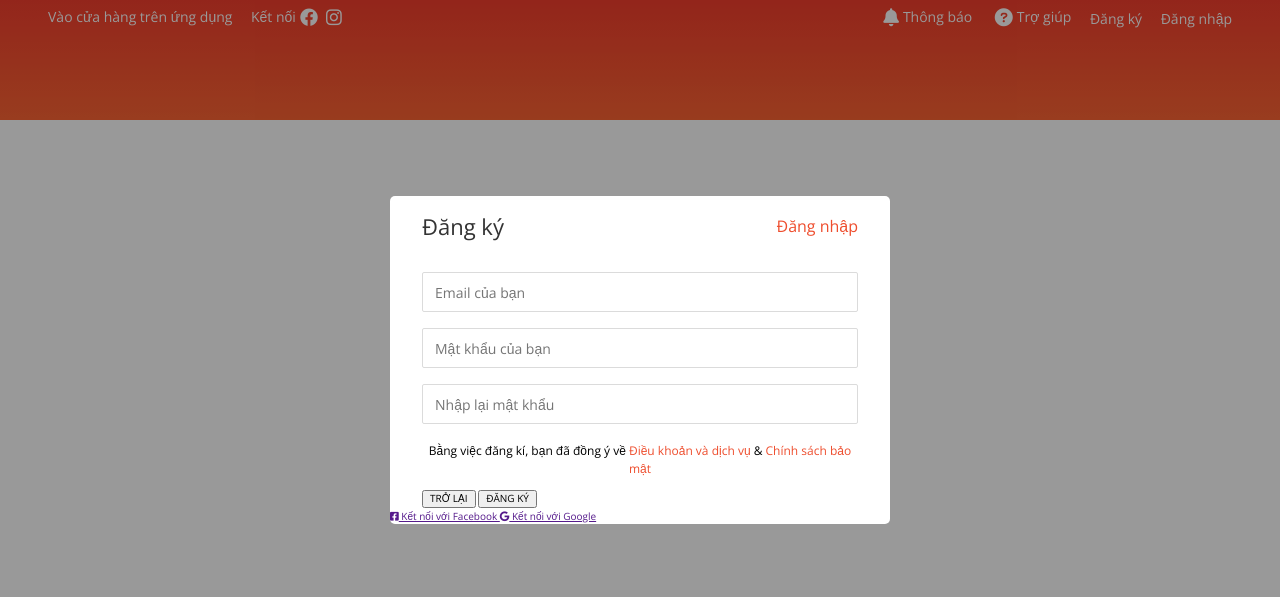
Repository: trongtamdev/Clone-Shopee-Page
Page: index.html
The author's editor kept a copy of each file at every save. The page is drawn from the files as they stood at one save, then again after the next save.
The browser window is 1280 px wide. The pictures show the whole page.

Above is the page before, as saved 2022-07-08 21:39:09.

### index.html
<!DOCTYPE html>
<html lang="en">

<head>
    <meta charset="UTF-8">
    <meta http-equiv="X-UA-Compatible" content="IE=edge">
    <meta name="viewport" content="width=device-width, initial-scale=1.0">
    <title>Document</title>
    <link rel="stylesheet" href="https://cdnjs.cloudflare.com/ajax/libs/normalize/8.0.1/normalize.min.css">
    <link rel="stylesheet" href="assets/css/base.css">
    <link rel="stylesheet" href="assets/css/main.css">
    <link rel="stylesheet" href="assets/fonts/fontawesome-free-6.1.1/css/all.min.css">
    <link href="https://fonts.googleapis.com/css2?family=Open+Sans:wght@300;400;500;700&display=swap" rel="stylesheet">
</head>
    <div class="app">
        <header class="header">
            <div class="grid">
                <nav class="header__navbar">
                    <ul class="header__navbar-list">
                        <li class="header__navbar-item header__navbar-item--has-qr">
                            Vào cửa hàng trên ứng dụng
                            <div class="header__qr">
                                <img src="assets/img/qr_code.png" alt="QR code" class="header__qr-img">
                                <div class="header__qr-apps">
                                    <a href="" class="header__qr-link">
                                        <img src="assets/img/google_play.png" alt="Google play" class="header__qr-download-img">
                                    </a>
                                    <a href="" class="header__qr-link">
                                        <img src="assets/img/app_store.png" alt="App store" class="header__qr-download-img">
                                    </a>
                                </div>
                            </div>
                        </li>
                        <li class="header__navbar-item">
                            <span class="header__navbar-title--no-pointer">Kết nối</span>
                            <a href="" class="header__navbar-icon-link">
                                <i class="header__navbar-icon fa-brands fa-facebook"></i>
                            </a>
                            <a href="" class="header__navbar-icon-link">
                                <i class="header__navbar-icon fa-brands fa-instagram"></i>
                            </a>
                        </li>
                    </ul>

                    <ul class="header__navbar-list">
                        <li class="header__navbar-item">
                            <a href="" class="header__navbar-item-link">
                                <i class="header__navbar-icon fa-solid fa-bell"></i>
                                Thông báo</a>
                        </li>

                        <li class="header__navbar-item">
                            <a href="" class="header__navbar-item-link">
                                <i class="header__navbar-icon fa-solid fa-circle-question"></i>
                                Trợ giúp</a>
                        </li>

                        <li class="header__navbar-item header__navbar-item--strong">Đăng ký</li>
                        <li class="header__navbar-item header__navbar-item--strong">Đăng nhập</li>
                    </ul>
                </nav>
            </div>

        </header>

        <div class="container">

        </div>

        <footer class="footer">

        </footer>
    </div>
    <div class="modal">
        <div class="modal__overlay">

        </div>
        <div class="modal__body">

            <!-- Auth form -->
            <div class="auth-form">
                <div class="auth-form__container">
                    <div class="auth-form__header">
                        <h3 class="auth-form__heading">Đăng ký</h3>
                        <span class="auth-form__switch-btn">Đăng nhập</span>
                    </div>

                    <div class="auth-form__form">
                        <div class="auth-form__group">
                            <input type="text" class="auth-form__input" placeholder="Email của bạn">
                        </div>

                        <div class="auth-form__group">
                            <input type="password" class="auth-form__input" placeholder="Mật khẩu của bạn">
                        </div>

                        <div class="auth-form__group">
                            <input type="password" class="auth-form__input" placeholder="Nhập lại mật khẩu">
                        </div>
                    </div>

                    <div class="auth-form__aside">
                        <p class="auth-form__policy-text">
                            Bằng việc đăng kí, bạn đã đồng ý về
                            <a href="" class="auth-form__text-link">Điều khoản và dịch vụ</a> &
                            <a href="" class="auth-form__text-link">Chính sách bảo mật</a>
                        </p>
                    </div>

                    <div class="auth-form__controls">
                        <button class="btn">TRỞ LẠI</button>
                        <button class="btn btn--primary">ĐĂNG KÝ</button>
                    </div>
                </div>

                <div class="auth-form__socials">
                    <a href="" class="btn btn--with-icon">
                        <i class="fa-brands fa-facebook-square"></i>
                        Kết nối với Facebook
                    </a>

                    <a href="" class="btn btn--with-icon">
                        <i class="fa-brands fa-google"></i>
                        Kết nối với Google
                    </a>
                </div>
            </div>
        </div>
    </div>
<body>

</body>

</html>

### assets/css/base.css
:root {
    --white-color :#fff;
    --back-color :#000;
    --text-color : #333;
    --primary-color: #EE4D2D;
    --border-color: #dbdbdb;
}

*{
    box-sizing: inherit;
}

html {
    font-size: 62.5%;
    line-height: 1.6rem;
    font-family: 'Open Sans', sans-serif;;
    box-sizing: border-box;
}

.grid {
    width: 1200px;
    max-width: 100%;
    margin: 0 auto;
}

.grid__full-width {
    width: 100%;
}

.grid__row {
    display: flex;
    flex-wrap: wrap
}

/* Animation */
@keyframes fadeIn {
    from {
        opacity: 0;
    }to {
        opacity: 1;
    }
}

/* Modal */

.modal {
    position: fixed;
    top: 0;
    right: 0;
    bottom: 0;
    left: 0;
    display: flex;
}

.modal__overlay {
    position: absolute;
    width: 100%;
    height: 100%;
    background-color: rgba(0, 0, 0, 0.4);
}

.modal__body {

    background-color: var(--white-color);
    margin: auto;
    position: relative;
    z-index: 1;
    border-radius: 5px;
}

### assets/css/main.css
.header {
    height: 120px;
    background-image: linear-gradient(0, #fe6433, #f53e2d);
}

.header__navbar {
    display: flex;
    justify-content: space-between;
}

.header__navbar-list {
    list-style: none;
    padding: 0;
    margin-top: 4px;
}

.header__navbar-item {
    margin: 0 8px;
    position: relative;
    min-height: 26px;
}

.header__navbar-item--has-qr:hover .header__qr {
    display: block;
}

.header__navbar-item,
.header__navbar-item-link{
    display: inline-block;
    font-size: 1.4rem;
    color :var(--white-color);
    text-decoration: none;
    font-weight: 300;
}

.header__navbar-item,
.header__navbar-item-link,
.header__navbar-icon-link {
    display: inline-flex;
    align-items: center;
}

.header__navbar-item:hover,
.header__navbar-item-link:hover,
.header__navbar-icon-link:hover{
    cursor: pointer;
    color: rgba(255, 255, 255, 0.7);
}

.header__navbar-item--strong {
    font-weight: 400;
}


.header__navbar-icon-link {
    color: var(--white-color);
    text-decoration: none;
}

.header__navbar-icon {
    font-size: 1.8rem;
    margin: 0 4px;
}

.header__navbar-title--no-pointer {
    color: var(--white-color);
    cursor: text;
}

/* Header QR code */

.header__qr {
    width: 186px;
    background-color: var(--white-color);
    position: absolute;
    left: 0;
    top: 118%;
    padding: 8px;
    border-radius: 2px;
    display: none;
    animation: fadeIn ease-in 0.5s;
}

.header__qr::before {
    position: absolute;
    left: 0;
    top: -16px;
    width: 100%;
    height: 20px;
    content: "";
    display: block;
}

.header__qr-img {
    width: 100%;
}

.header__qr-apps {
    display: flex;
}

.header__qr-link:nth-child(1) {
    margin-left: 11px;
}

.header__qr-link:nth-child(2) {
    margin-right: 11px;
}

.header__qr-download-img {
    height: 18px;
}


/* Authen Modal */

.auth-form {
    width: 500px;

}


.auth-form__container {
    padding: 0 32px;
}

.auth-form__header {
    display: flex;
    align-items: center;
    justify-content: space-between;
}

.auth-form__heading {
    font-size: 2.2rem;
    font-weight: 400;
    color: var(--text-color);
}

.auth-form__switch-btn {
    font-size: 1.6rem;
    font-weight: 400;
    color: var(--primary-color);
    cursor: pointer;
}

.auth-form__form {

}

.auth-form__input {
    width: 100%;
    height: 40px;
    margin-top: 16px;
    padding: 0 12px;
    font-size: 1.4rem;
    border: 1px solid var(--border-color);
    border-radius: 2px;
    outline: none;
}

.auth-form__input:focus {
    border-color: #777;
}

.auth-form__aside {
    margin-top: 18px;
}

.auth-form__policy-text {
    font-size: 1.2rem;
    line-height: 1.8rem;
    text-align: center;
}

.auth-form__text-link {
    text-decoration: none;
    color: var(--primary-color);
}

Loaded but not shown: assets/fonts/fontawesome-free-6.1.1/css/all.min.css (library)

After the next save:
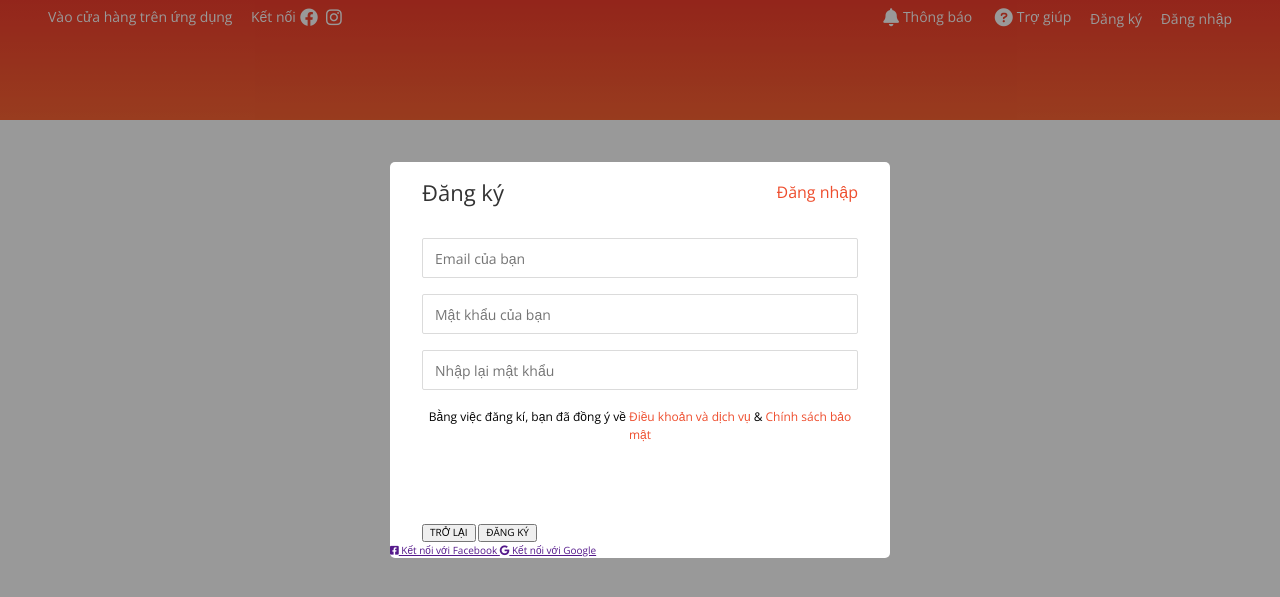
Saved 112 s later.
--- a/assets/css/main.css
+++ b/assets/css/main.css
@@ -170,9 +170,14 @@
     font-size: 1.2rem;
     line-height: 1.8rem;
     text-align: center;
+    padding: 0 12pxs;
 }
 
 .auth-form__text-link {
     text-decoration: none;
     color: var(--primary-color);
 }
+
+.auth-form__controls {
+    margin-top: 80px;
+}
